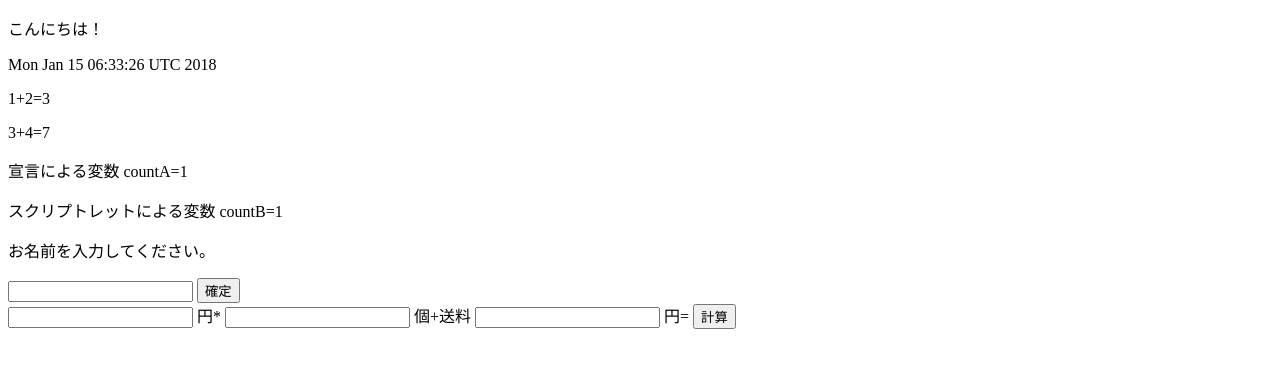
Repository: shimizuyusuke/backup
Page: http://localhost/HelloJSP3/
These files come from the project's save history. The page is drawn as it stood at one moment and after a run of saves; the edit follows.
The browser window is 1280 px wide. The pictures show the whole page.
The page is served by Tomcat 9.

Above is the page before, as saved 2018-01-17 07:09:28.

After the next 2 saves:
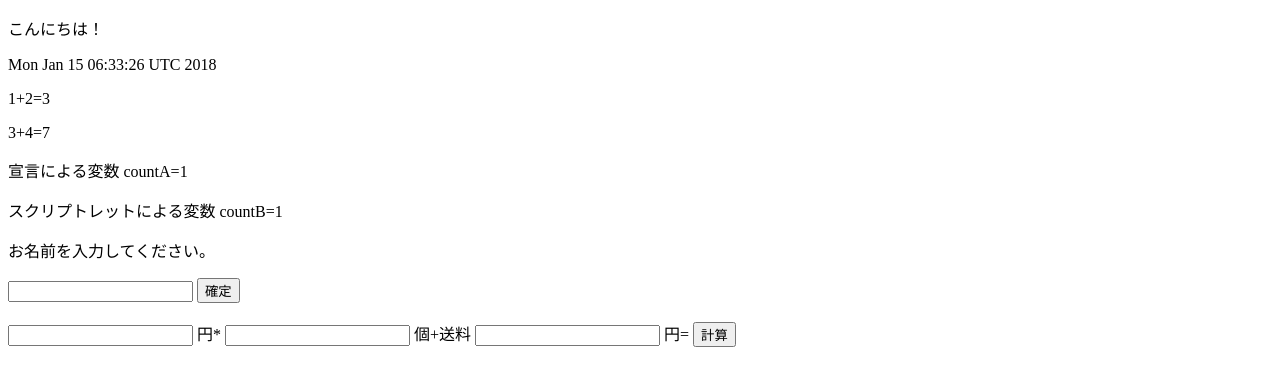
The 2 saves are shown as one change because 1 did not build or start.
The last was saved 24 min 51 s later.
--- a/HelloJSP3/WebContent/index.jsp
+++ b/HelloJSP3/WebContent/index.jsp
@@ -29,7 +29,7 @@
   <form method="post" action="greeting-out.jsp">
   <input type="text" name="user">
   <input type="submit" value="確定">
-  </form>
+  </form><br>
 
  <form method="post" action="total-out.jsp">
  <input type="text" name="price">
